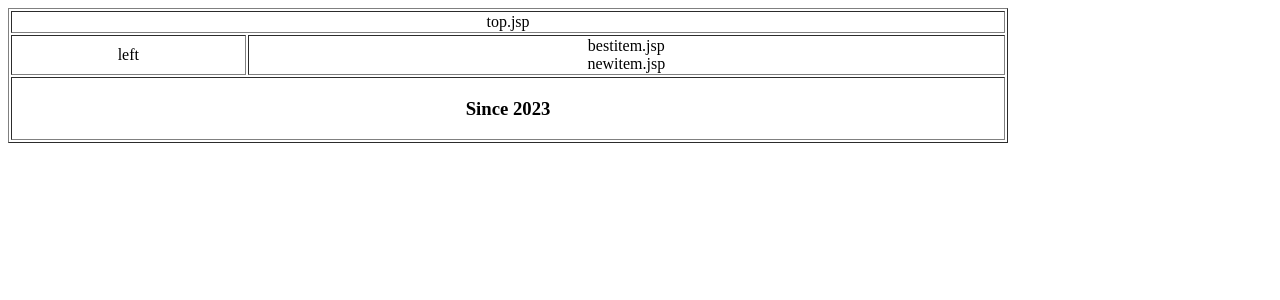
Repository: JeongDaejin/JSP-
Page: http://localhost/ServletTest/template.jsp?page=newitem
The author's editor kept a copy of each file at every save. The page is drawn from the files as they stood at one save, then again after the next save.
The browser window is 1280 px wide. The pictures show the whole page.
The page is served by Tomcat 9. Other server files are loaded and not shown.

Above is the page before, as saved 2023-02-01 06:42:02.

### JSPExam2/ServletTest/src/main/webapp/template.jsp
<%@ page language="java" contentType="text/html; charset=EUC-KR"
    pageEncoding="EUC-KR"%>
<!DOCTYPE html>
<html>
<head>
<meta charset="EUC-KR">
<title>Insert title here</title>
</head>
<body>
<table border="1" style="width: 1000px; text-align: center;">

<tr >
<td colspan="2">top.jsp</td>
</tr>
<tr>
<td>left<br>
</td>
<td>bestitem.jsp<br>
newitem.jsp</td>
</tr>
<tr>
<td colspan="2"><%@ include file="bottom.jsp" %></td>
</tr>



</table>

</body>
</html>

### JSPExam2/ServletTest/src/main/webapp/bottom.jsp
<%@ page language="java" contentType="text/html; charset=EUC-KR"
    pageEncoding="EUC-KR"%>
<!DOCTYPE html>
<html>
<head>
<meta charset="EUC-KR">
<title>Insert title here</title>
</head>
<body>
<h3>Since 2023</h3>
</body>
</html>

After the next save:
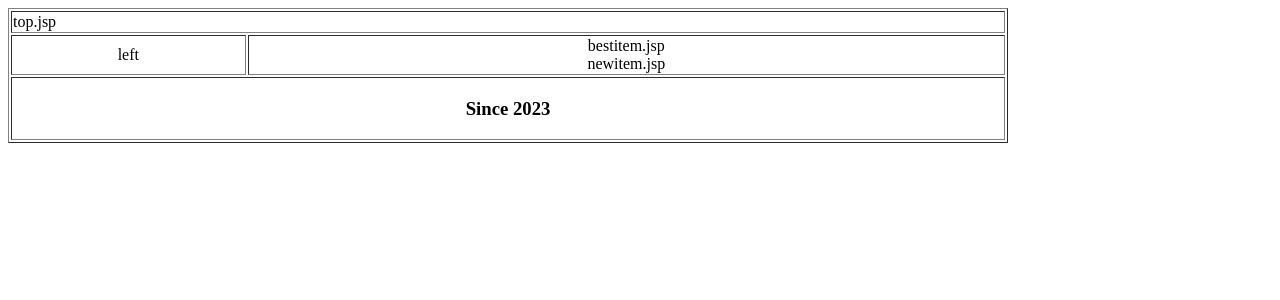
Saved 26 s later.
--- a/JSPExam2/ServletTest/src/main/webapp/template.jsp
+++ b/JSPExam2/ServletTest/src/main/webapp/template.jsp
@@ -10,7 +10,7 @@
 <table border="1" style="width: 1000px; text-align: center;">
 
 <tr >
-<td colspan="2">top.jsp</td>
+<td colspan="2" style="text-align: left">top.jsp</td>
 </tr>
 <tr>
 <td>left<br>
